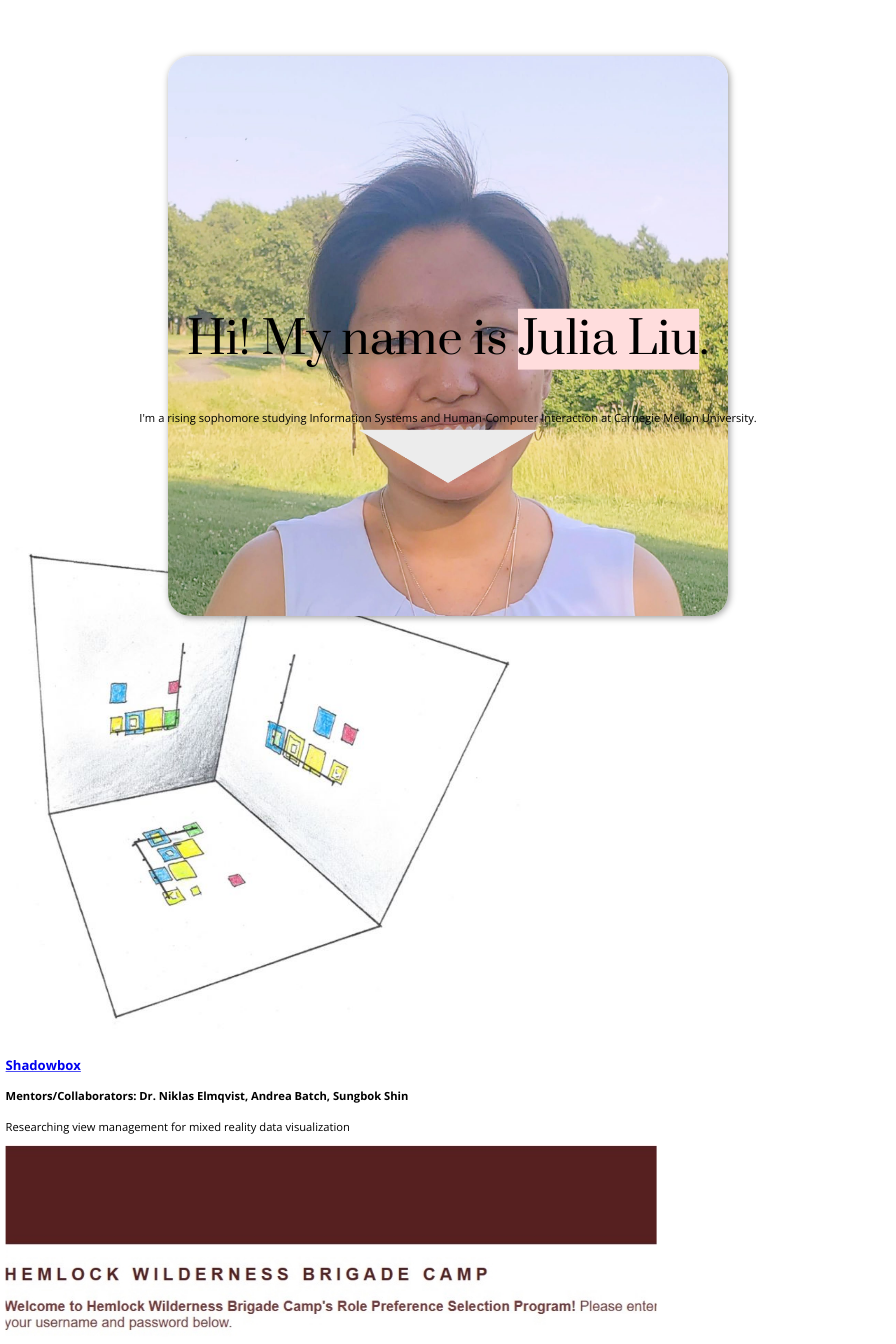
Repository: liu-julia/liu-julia.github.io
Page: index.html
An editor plug-in stored every save of this project. The page is shown before and after the next save, followed by the edit.
The browser window is 1280 px wide. The pictures show the part of the page from y = 0 to 1920 px (the page is 4457 px tall), at 70% of full size.

Above is the page before, as saved 2022-07-22 13:31:13.

After the next save:
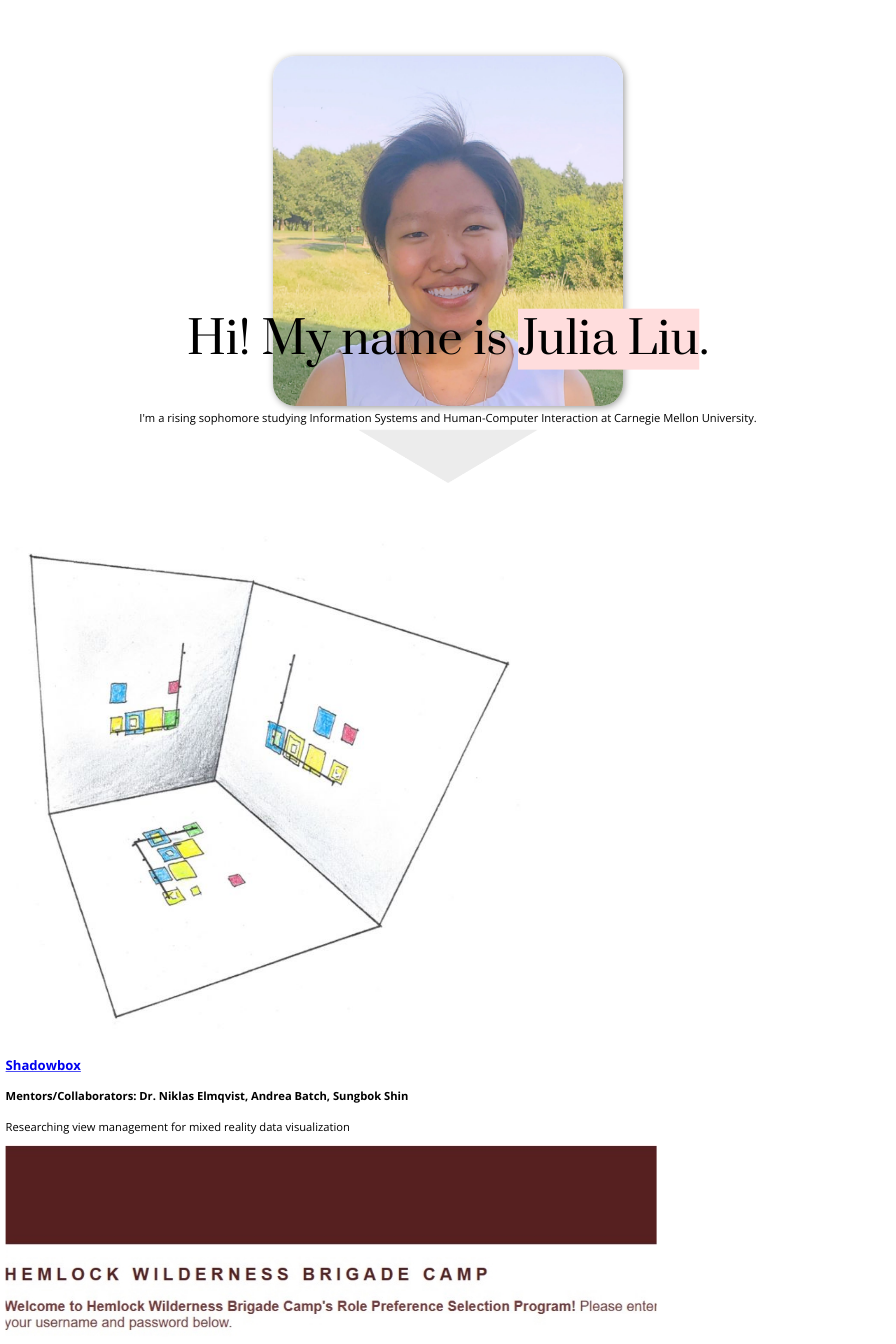
Saved 23 s later.
--- a/css/mobile.css
+++ b/css/mobile.css
@@ -38,7 +38,7 @@ mark {
 #face {
     position: absolute;
     width: 75%;
-    max-width: 800px;
+    max-width: 500px;
     top: 5em;
     left: 10%;
     right: 10%;
